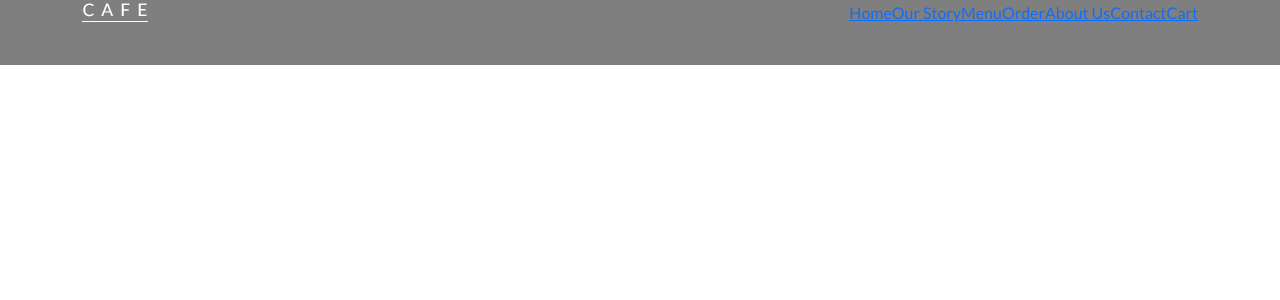
Repository: kuluong2000/coffe
Page: index.html
An editor plug-in stored every save of this project. The page is shown before and after the next save, followed by the edit.
The browser window is 1280 px wide. The pictures show the whole page.

Above is the page before, as saved 2021-10-01 14:52:20.

After the next save:
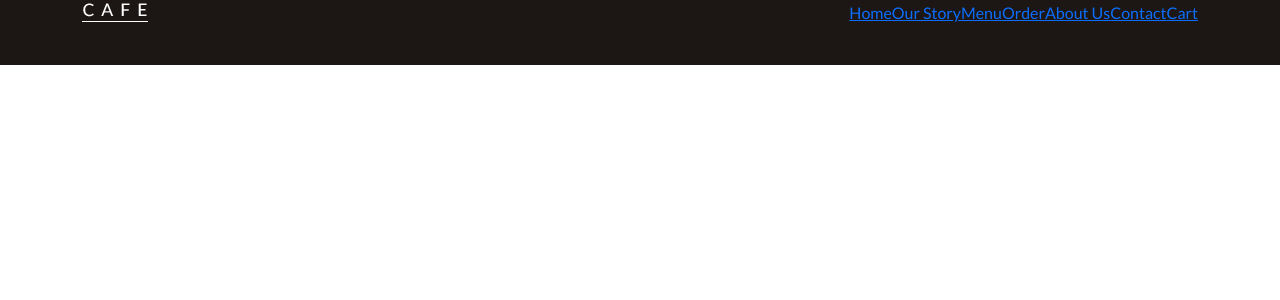
Saved 43 s later.
--- a/Assets/css/style.css
+++ b/Assets/css/style.css
@@ -9,7 +9,8 @@
 .header{
     position: absolute;
     width: 100%;
-    background-color: rgba(0,0,0 , 0.5);
+    /* background-color: rgba(0,0,0 , 0.5); */
+    background-color: #1c1614;
     height:65px;
 }
 .header-main{

After the save that followed:
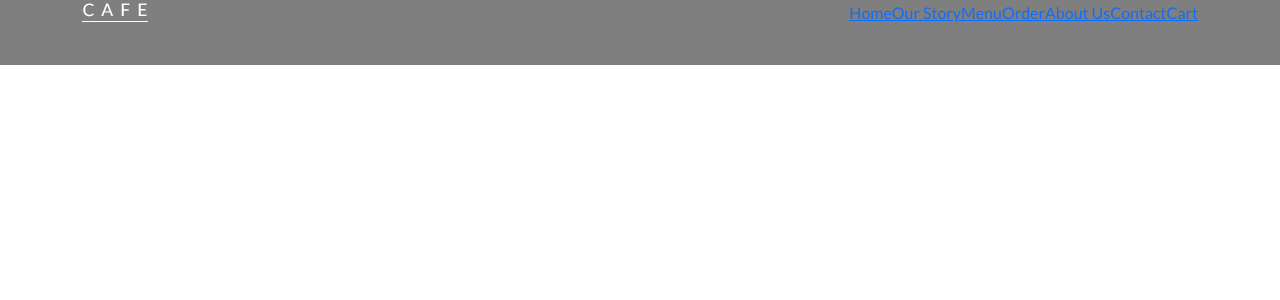
Saved 8 s later.
--- a/Assets/css/style.css
+++ b/Assets/css/style.css
@@ -9,8 +9,7 @@
 .header{
     position: absolute;
     width: 100%;
-    /* background-color: rgba(0,0,0 , 0.5); */
-    background-color: #1c1614;
+    background-color: rgba(0,0,0 , 0.5);
     height:65px;
 }
 .header-main{
